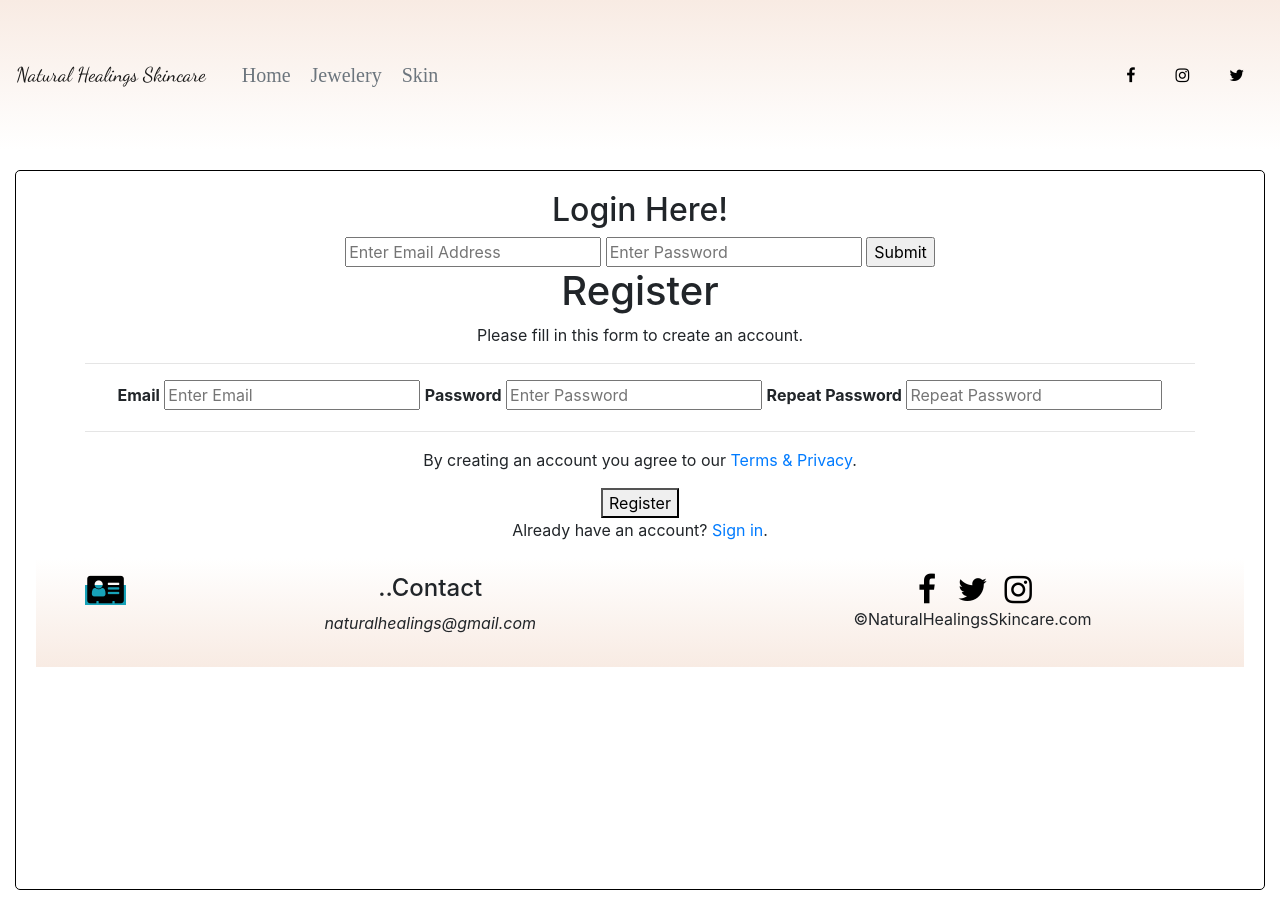
Repository: aliciarawlings/first-milestone
Page: login.html
The author's editor kept a record of every edit. The page is drawn from the files as they stood at one moment, then again after the next edit.
The browser window is 1280 px wide. The pictures show the whole page.
Some web fonts or font styles are not loaded; a fallback is used.

Above is the page before.

### login.html
<!DOCTYPE html>
<html lang="en">

<head>
  <meta charset="UTF-8">
  <meta name="viewport" content="width=device-width, initial-scale=1.0">
  <meta http-equiv="X-UA-Compatible" content="ie=edge">
  <link href="https://fonts.googleapis.com/css?family=Source+Serif+Pro&display=swap" rel="stylesheet">
  <link href="https://fonts.googleapis.com/css?family=Dancing+Script&display=swap" rel="stylesheet">
  <script src="https://code.jquery.com/jquery-3.3.1.slim.min.js" integrity="sha384-q8i/X+965DzO0rT7abK41JStQIAqVgRVzpbzo5smXKp4YfRvH+8abtTE1Pi6jizo" crossorigin="anonymous"></script>
  <script src="https://cdnjs.cloudflare.com/ajax/libs/popper.js/1.14.7/umd/popper.min.js" integrity="sha384-UO2eT0CpHqdSJQ6hJty5KVphtPhzWj9WO1clHTMGa3JDZwrnQq4sF86dIHNDz0W1" crossorigin="anonymous"></script>
  <script src="https://stackpath.bootstrapcdn.com/bootstrap/4.3.1/js/bootstrap.min.js" integrity="sha384-JjSmVgyd0p3pXB1rRibZUAYoIIy6OrQ6VrjIEaFf/nJGzIxFDsf4x0xIM+B07jRM" crossorigin="anonymous"></script>
  <link rel="stylesheet" href="assets/css/main.css" type="text/css" />
  <link rel="stylesheet" href="https://stackpath.bootstrapcdn.com/bootstrap/4.3.1/css/bootstrap.min.css" type="text/css" />
  <link rel="stylesheet" href="https://stackpath.bootstrapcdn.com/font-awesome/4.7.0/css/font-awesome.min.css" type="text/css" />
  <title>Login</title>

</head>

<body>
  <!-------------------------------NAVBAR--------------------------------------------------------->
                    <!----BOOTSTRAP-NAVBAR---->
  <nav class="navbar navbar-expand-sm navbar-light bg-light grad navfont">
    <div class="float-sm-right">
      <a class="navbar-brand heading" href="index.html">Natural Healings Skincare</a>
      <button class="navbar-toggler collapsed" type="button" data-toggle="collapse" data-target="#navbarNav" aria-controls="navbarNav" aria-expanded="false" aria-label="Toggle navigation">
      <span class="navbar-toggler-icon"></span>
    </button>
    </div>
    <div class="collapse navbar-collapse d-fixed-top-d-sm-block" id="navbarNav">
      <ul class="navbar-nav">
        <li class="nav-item">
          <a class="nav-brand text-muted" href="index.html">Home</a>
        </li>
        <li class="nav-item">
          <a class="nav-brand text-muted" href="jewelery.html">Jewelery</a>
        </li>
        <li class="nav-item">
          <a class="nav-brand text-muted" href="skincare.html">Skin </a>

        </li>
      </ul>
      <div class="container-fluid d-none d-sm-block d-none d-md-block">
        <div class="row">
          <div class="col">
          </div>
          <a class="fa fa-facebook social" href="https://www.facebook.com/NaturalHealingsSkincare/" target="_blank"></a>
          <i class="fa fa-instagram social "></i>
          <i class="fa fa-twitter social"></i>
        </div>
      </div>
  </nav>
  <div class="container-fluid">
    <!-------------------------------NAVBAR-END--------------------------------------------------------->





<!-------------------------------Login window--------------------------------------------------------->


    <div class="login form form2">

      <form>
        <h2>Login Here!</h2>
          <input type="email" name="usrname" placeholder="Enter Email Address" required>
          <input type="password" name="pssword" placeholder="Enter Password" required>
          <input type="submit">
      </form>

<form action="#">
  <div class="container">
    <h1>Register</h1>
    <p>Please fill in this form to create an account.</p>
    <hr>

    <label for="email"><b>Email</b></label>
    <input type="text" placeholder="Enter Email" name="email" required>

    <label for="psw"><b>Password</b></label>
    <input type="password" placeholder="Enter Password" name="psw" required>

    <label for="psw-repeat"><b>Repeat Password</b></label>
    <input type="password" placeholder="Repeat Password" name="psw-repeat" required>
    <hr>

    <p>By creating an account you agree to our <a href="https://www.termsandconditionsgenerator.com/live.php?token=SHeBNYLzfg2TS3RkcuW0MB6fBjvnlzeK" target="_blank">Terms & Privacy</a>.</p>
    <button type="submit" class="registerbtn">Register</button>
  </div>

  <div class="container signin">
    <p>Already have an account? <a href="#">Sign in</a>.</p>
  </div>
</form>


















</body>
<!-------------------------------PRODUCT FORM END--------------------------------------------------------->


<!-------------------------------FOOTER--------------------------------------------------------->
                <!-----BOOTSTRAP-FOOTER--->

<footer>
  <div class="container-fluid bg-light py-3 grad2 footer ">
    <div class="container">
      <div class="row">
        <div class="col-md-7">
          <div class="row py-0">
            <div class="col-sm-1 hidden-md-down">
              <a class="bg-circle bg-info" href="#">
                <i class="fa fa-2x fa-fw fa-address-card" aria-hidden="true "style="color:black;"></i>
              </a>
            </div>
            <div class="col-sm-11">
              <div>
                <h4>..Contact</h4>
                <p><em>naturalhealings@gmail.com</em></p>
              </div>
            </div>
          </div>
        </div>
        <div class="col-md-5">
          <div class="d-inline-block">
            <div class="bg-circle-outline d-inline-block">
              <a href="https://www.facebook.com/NaturalHealingsSkincare/" target="_blank"><i class="fa fa-2x fa-fw fa-facebook" style="color:black;"></i>
		</a>
            </div>
            <div class="bg-circle-outline d-inline-block">
              <a href="https://twitter.com/"  target="_blank">
                <i class="fa fa-2x fa-fw fa-twitter"style="color:black;"></i></a>
            </div>

            <div class="bg-circle-outline d-inline-block">
              <a href="https://www.instagram.com/natural.healings.skincare/" target="_blank">
                <i class="fa fa-2x fa-fw fa-instagram" style="color:black;"></i></a>
            </div>
            <p>&copy;NaturalHealingsSkincare.com</p>

          </div>
        </div>
      </div>
    </div>
  </div>
  </div>


</footer>

<!-------------------------------FOOTER--------------------------------------------------------->






<link rel="stylesheet" href="https://stackpath.bootstrapcdn.com/font-awesome/4.7.0/css/font-awesome.min.css" type="text/css" />

</html>

### assets/css/main.css
/*--header+nav--*/

.bg-img {
  background: url("../images/mainlogo.png");
  min-height: 700px;
  background-position: center;
  background-repeat: no-repeat;
  background-size: cover;
  position: relative;
  background-attachment: initial;
  background-size: 100%;

}

.grad {
  height: 150px;
  background-image: linear-gradient(#f8ebe3, white);
}



.navfont li {
  font-size: 20px;
  color: black;
  padding-left: 20px;
  font-family: 'Crimson Text', serif;
}



.social {
  color: black;
  padding: 20px;


}


.social:hover {
  color: purple;
  text-decoration: none;
}





.heading {
  size: 60px;
  font-family: 'Dancing Script', cursive;
  color: #996515;

}


/*--------header and NAv End-------*/

/*--product-display--*/

.cards {
  text-align: center;
  box-shadow: 0px 2px 4px 0px rgba(0, 0, 0, 0.5);
  width: 100%;
   font-family: 'Crimson Text', serif;


}



.icon {
  position: fixed;
}



.card-title {
  height: 40px;

}


/*---------form PAges------*/

.form {
  width: 100%;
  height:auto;
  text-align: center;
  border: solid 1px black;
  margin: 20px 0;
  padding: 20px;
  display: inline-block;
  border-radius: 5px;


}

input[text] {
  width: auto;
  height: auto;
}

input[date] {
  width: auto;
  height: auto;
}

input[email] {
  width: auto;
  height: auto;
}


.submit {
  background-color:black;
  color:white;
  border:1px black solid;
  border-radius:25px;
}


/*----------LOGIN PAGE---------*/
.login {
  text-align:center;
}


/*-----media-query-------------------------*/



@media only screen and (min-width:768px){
  .form2{
    height:100vh;
  }
}




@media only screen and (min-width:1440px){
  .card:hover {

  filter: opacity(30%);
}


}




@media only screen and (max-width:420px) {
  .bg-img {
    min-height: 250px;
  }
}



@media only screen and (max-width:2560px) {
  .foot1 {
    position: fixed;
    left: 0;
    bottom: 0;

  }
}

@media only screen and (min-width:319px) {
  .foot1 {
    position: relative;
    left: 0;
    bottom: 0;
  }
}

/*------footer--------*/
.grad2 {
  background-image: linear-gradient(white, #f8ebe3);
}

After the next edit:
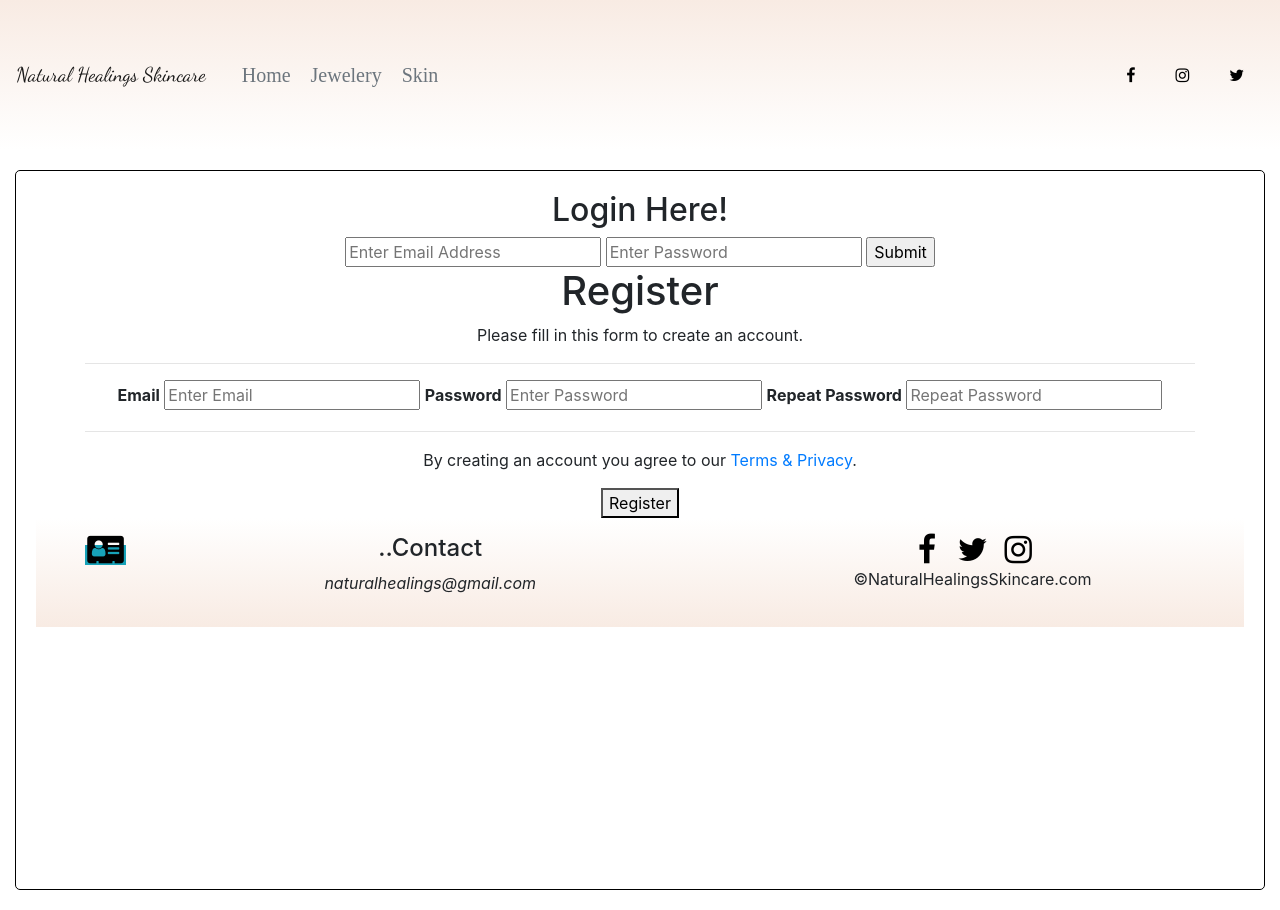
The edit:
--- a/login.html
+++ b/login.html
@@ -89,9 +89,6 @@
     <button type="submit" class="registerbtn">Register</button>
   </div>
 
-  <div class="container signin">
-    <p>Already have an account? <a href="#">Sign in</a>.</p>
-  </div>
 </form>
 
 
